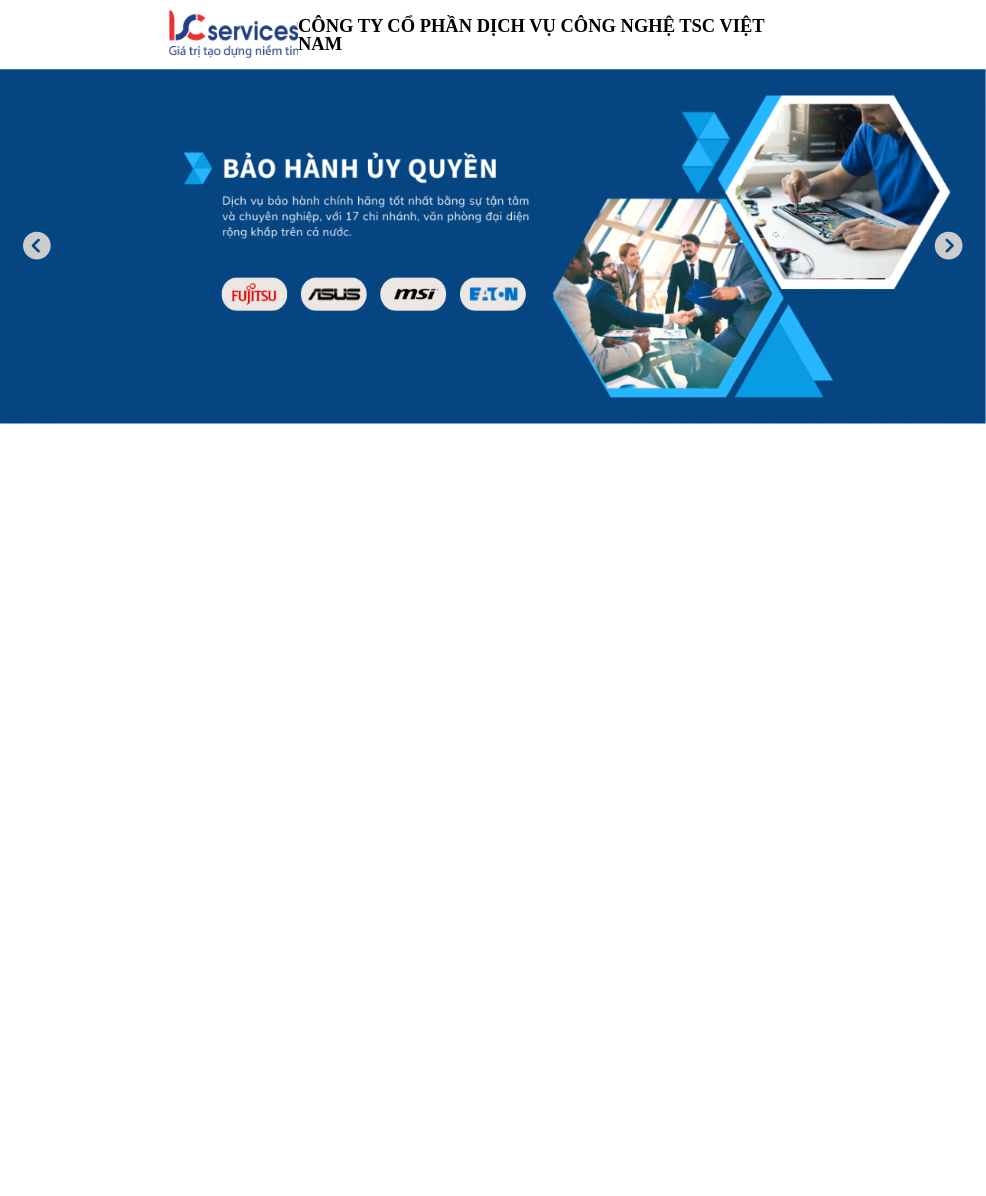
Repository: nguyentrongdai34/tsc-project
Page: index.html
An editor plug-in stored every save of this project. The page is shown before and after the next save, followed by the edit.
The browser window is 1280 px wide. The pictures show the whole page, at 77% of full size.

Above is the page before, as saved 2024-12-03 11:54:10.

### index.html
<!DOCTYPE html>
<html lang="en">
  <head>
    <meta charset="UTF-8" />
    <meta name="viewport" content="width=device-width, initial-scale=1.0" />
    <link rel="preconnect" href="https://fonts.googleapis.com" />
    <link rel="preconnect" href="https://fonts.gstatic.com" crossorigin />
    <link
      href="https://fonts.googleapis.com/css2?family=Poppins:wght@300;400;500;600;700&family=Roboto:ital,wght@0,100;0,300;0,400;0,500;0,700;0,900;1,100;1,300;1,400;1,500;1,700;1,900&display=swap"
      rel="stylesheet"
    />
    <link
      rel="stylesheet"
      href="https://cdnjs.cloudflare.com/ajax/libs/font-awesome/6.7.1/css/all.min.css"
      integrity="sha512-5Hs3dF2AEPkpNAR7UiOHba+lRSJNeM2ECkwxUIxC1Q/FLycGTbNapWXB4tP889k5T5Ju8fs4b1P5z/iB4nMfSQ=="
      crossorigin="anonymous"
      referrerpolicy="no-referrer"
    />
    <link rel="stylesheet" href="./reset.css" />
    <link rel="stylesheet" href="./style.css" />
    <title>CÔNG TY CỔ PHẦN DỊCH VỤ CÔNG NGHỆ TSC VIỆT NAM</title>
  </head>
  <body>
    <!-- heaer-main -->
    <div class="header-main">
      <!-- header -->
      <div class="header">
        <!-- logo -->
        <div class="header-logo">
          <img src="./img/Logo-tsc.png" alt="công ty logo" />
        </div>
        <!-- header-slogan -->
        <span class="header-slogan">
          <strong>CÔNG TY CỔ PHẦN DỊCH VỤ CÔNG NGHỆ TSC VIỆT NAM</strong>
        </span>
      </div>
    </div>

    <!-- Hero -->
    <div class="hero">
      <div class="hero-img">
        <img src="./img/tsc1.png" alt="" class="slider-image" />

        <div class="hero-circle">
          <i
            class="circle-left fa-solid fa-circle-chevron-left"
            onclick="prev()"
          ></i>
          <i
            class="circle-right fa-solid fa-circle-chevron-right"
            onclick="next()"
          ></i>
        </div>
      </div>
    </div>

    <!-- Section -->
    <div class="section" style="height: 1000px; background-color: #fff"></div>

    <script src="./SliderImage.js"></script>
  </body>
</html>

### style.css
.header-main {
  display: flex;
  height: 90px;
}

.header {
  display: flex;
  /* background-color: #ccc; */
  justify-content: space-between;
  flex-direction: column;
  align-items: center;
  width: 100%;
  flex-flow: row nowrap;
  padding-right: 15px;
}

.header-logo img {
  object-fit: cover;
  margin-left: 220px;
  width: 167px;
  height: 62px;
}

.header-slogan {
  margin-right: 220px;
  font-size: 24px;
}

.header-slogan strong {
  text-direction: none;
  font-weight: bolder;
  text-transform: uppercase;
}

/* hero */

.hero {
  cursor: pointer;
}

.hero-img img {
  width: 100%;
  height: 460px;
  position: relative;
  object-fit: cover;
}

.hero-circle {
  top: 42%;
  position: absolute;
}

.hero-circle i {
  color: #ccc;
  font-size: 36px;
}

.hero-circle i:hover {
  transition: color 0.3s ease, background-color 0.3s ease;
  color: #dd3333;
}

.hero-circle {
  width: 100%;
  display: flex;
  justify-content: space-between;
  z-index: 999;
}

.circle-left {
  margin-left: 30px;
}

.circle-right {
  margin-right: 30px;
  width: 36px;
  height: 36px;
}

### SliderImage.js
let Slider_image = document.querySelector(".slider-image");
let images = ["tsc1.png", "tsc2.png", "tsc3.png", "tsc4.png", "tsc5.png"];
let i = 0; // Giá Trị bắt đầu index

function prev() {
  if (i <= 0) i = images.length;
  i--;
  return setImg();
}

function next() {
  if (i >= images.length - 1) i = -1;
  i++;
  return setImg();
}

function setImg() {
  return Slider_image.setAttribute("src", "./img/" + images[i]);
}

Loaded but not shown: reset.css (common file)

After the next save:
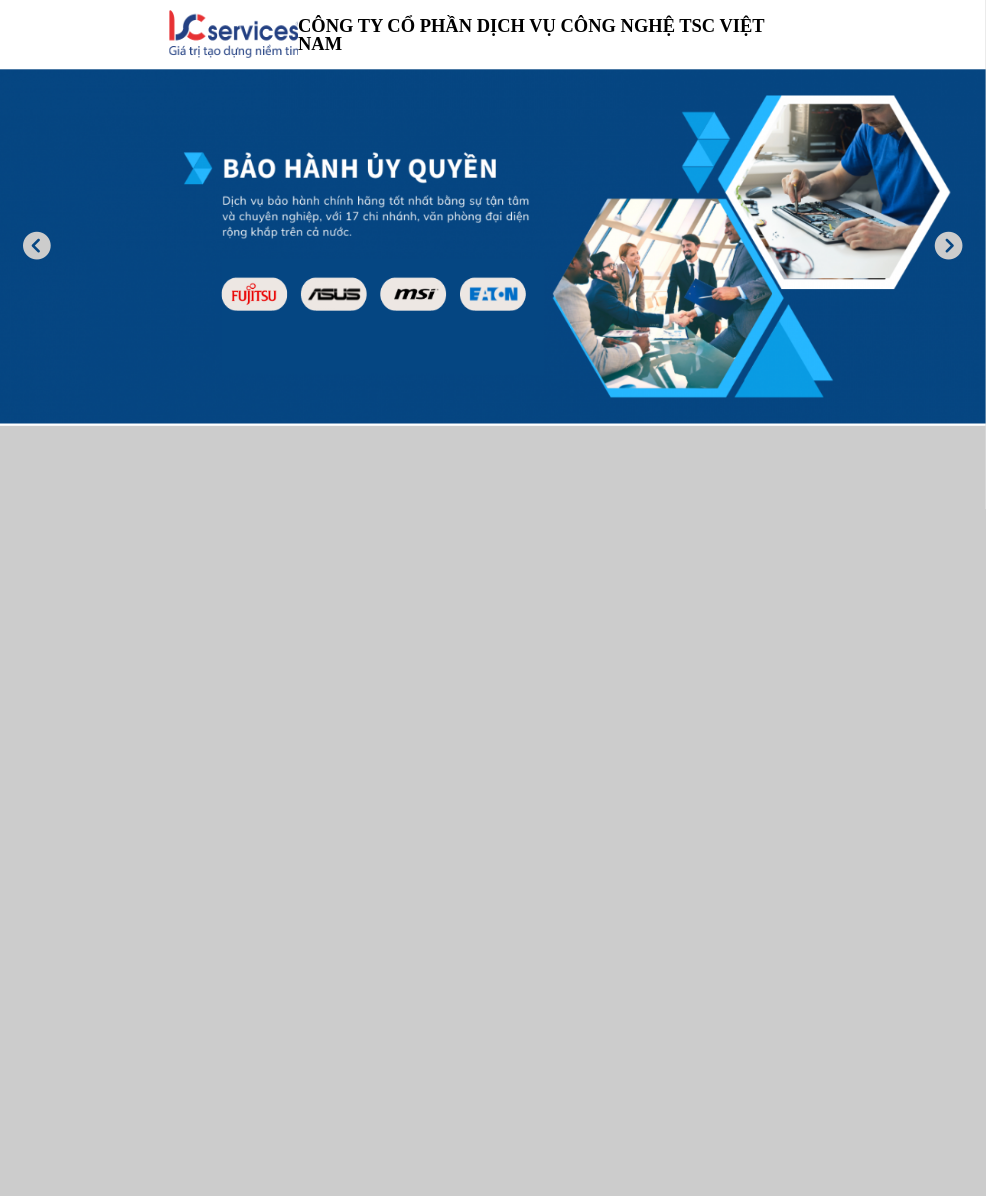
Saved 6 s later.
--- a/index.html
+++ b/index.html
@@ -55,7 +55,7 @@
     </div>
 
     <!-- Section -->
-    <div class="section" style="height: 1000px; background-color: #fff"></div>
+    <div class="section" style="height: 1000px; background-color: #ccc"></div>
 
     <script src="./SliderImage.js"></script>
   </body>
